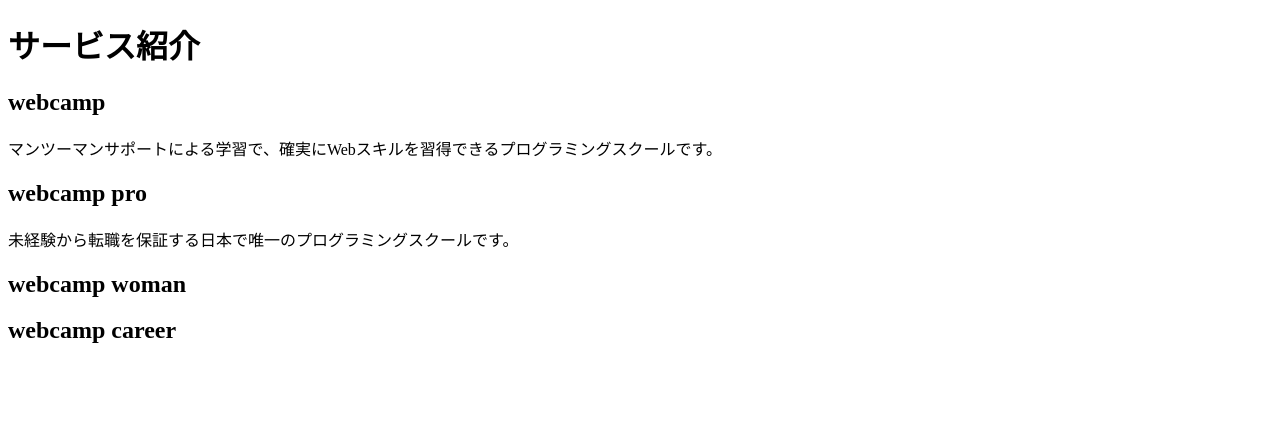
Repository: alamsamiha/html_css
Page: chapter2_exercise/ch2.html
The author's editor kept a record of every edit. The page is drawn from the files as they stood at one moment, then again after the next edit.
The browser window is 1280 px wide. The pictures show the whole page.

Above is the page before.

### chapter2_exercise/ch2.html
<!DOCTYPE HTML>
<html lang="ja">
  <head>
    <meta charset="UTF-8" />
    <title>演習問題２</title>
  </head>

  <body>
    <h1>サービス紹介</h1>
    <h2>webcamp</h2>
    <p>マンツーマンサポートによる学習で、確実にWebスキルを習得できるプログラミングスクールです。</p>
    <a></a>
    <h2>webcamp pro</h2>
    <p>未経験から転職を保証する日本で唯一のプログラミングスクールです。</p>
    <a></a>
    <h2>webcamp woman</h2>
    <p></p>
    <a></a>
    <h2>webcamp career</h2>
    <p></p>
    <a></a>
  </body>
</html>

After the next edit:
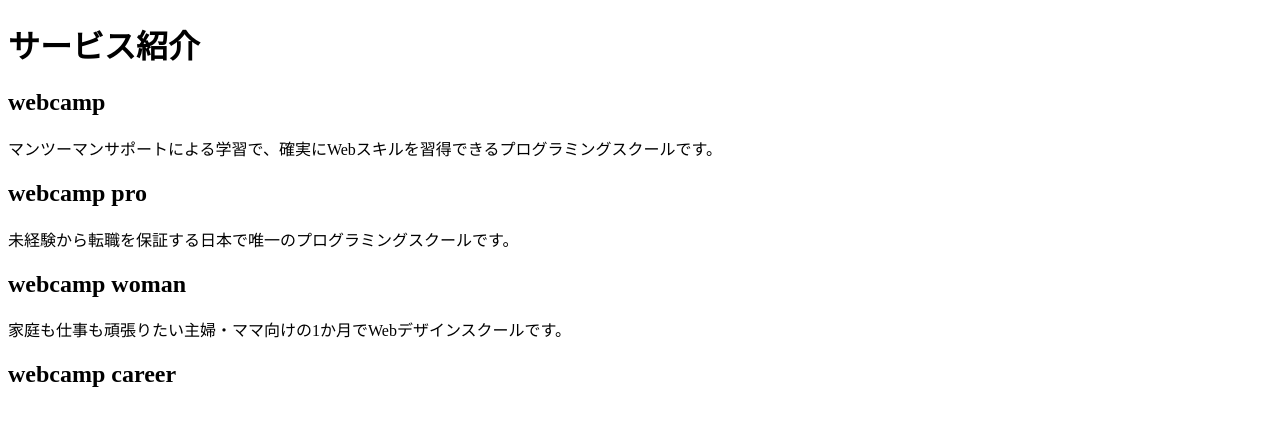
The edit:
--- a/chapter2_exercise/ch2.html
+++ b/chapter2_exercise/ch2.html
@@ -14,7 +14,7 @@
     <p>未経験から転職を保証する日本で唯一のプログラミングスクールです。</p>
     <a></a>
     <h2>webcamp woman</h2>
-    <p></p>
+    <p>家庭も仕事も頑張りたい主婦・ママ向けの1か月でWebデザインスクールです。</p>
     <a></a>
     <h2>webcamp career</h2>
     <p></p>
